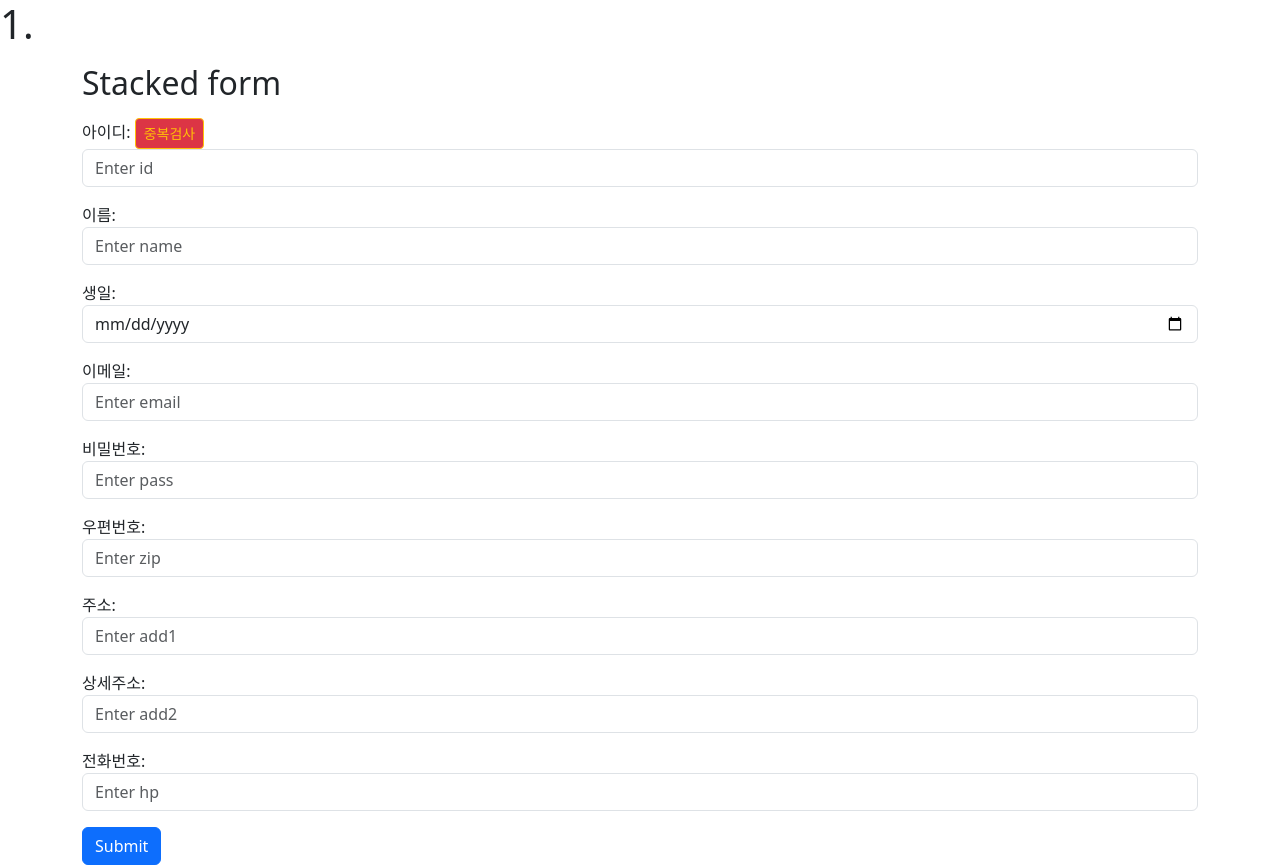
Repository: prawniel99/05_JQuery
Page: workspace/jqpro/WebContent/비동기6_ajax/join.html
These files come from the project's save history. The page is drawn as it stood at one moment and after the next save; the edit follows.
The browser window is 1280 px wide. The pictures show the whole page.

Above is the page before, as saved 2024-08-29 03:26:50.

After the next save:
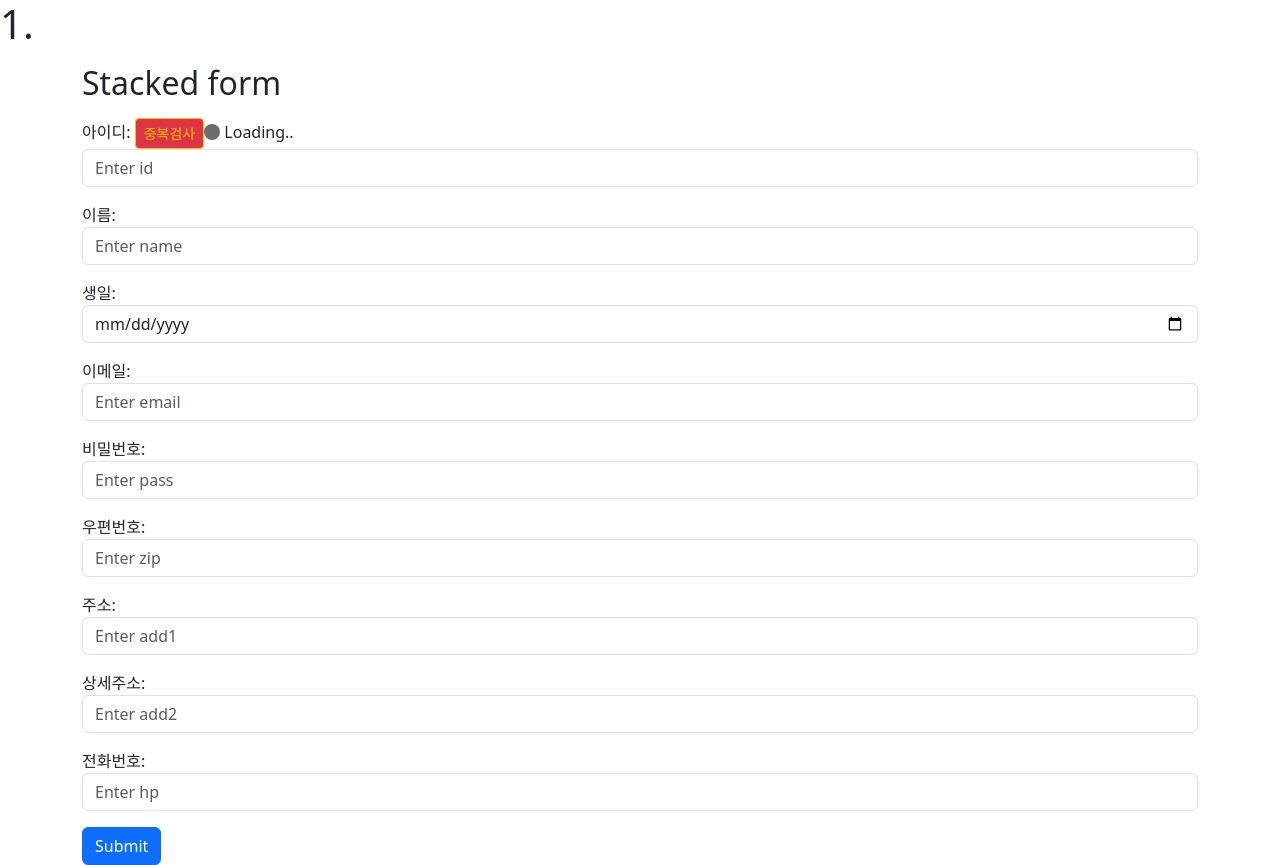
Saved 49 s later.
--- a/workspace/jqpro/WebContent/비동기6_ajax/join.html
+++ b/workspace/jqpro/WebContent/비동기6_ajax/join.html
@@ -35,7 +35,8 @@
 			<h2>Stacked form</h2>
 			<form>
 				<div class="mb-3 mt-3">
-					<label for="id">아이디:</label> <input type="button" value="중복검사" id="idcheck"  class="btn btn-outline-warning btn-sm btn-danger">
+					<label for="id">아이디:</label> <input type="button" value="중복검사" id="idcheck"  class="btn btn-outline-warning btn-sm btn-danger"><span class="spinner-grow spinner-grow-sm"></span>
+  Loading..
 					<input type="text" class="form-control" id="id" placeholder="Enter id" name="mem_id"> <!-- name은 db와 일치시킨 VO와 일치시켜야 한다 -->
 				</div>
 
